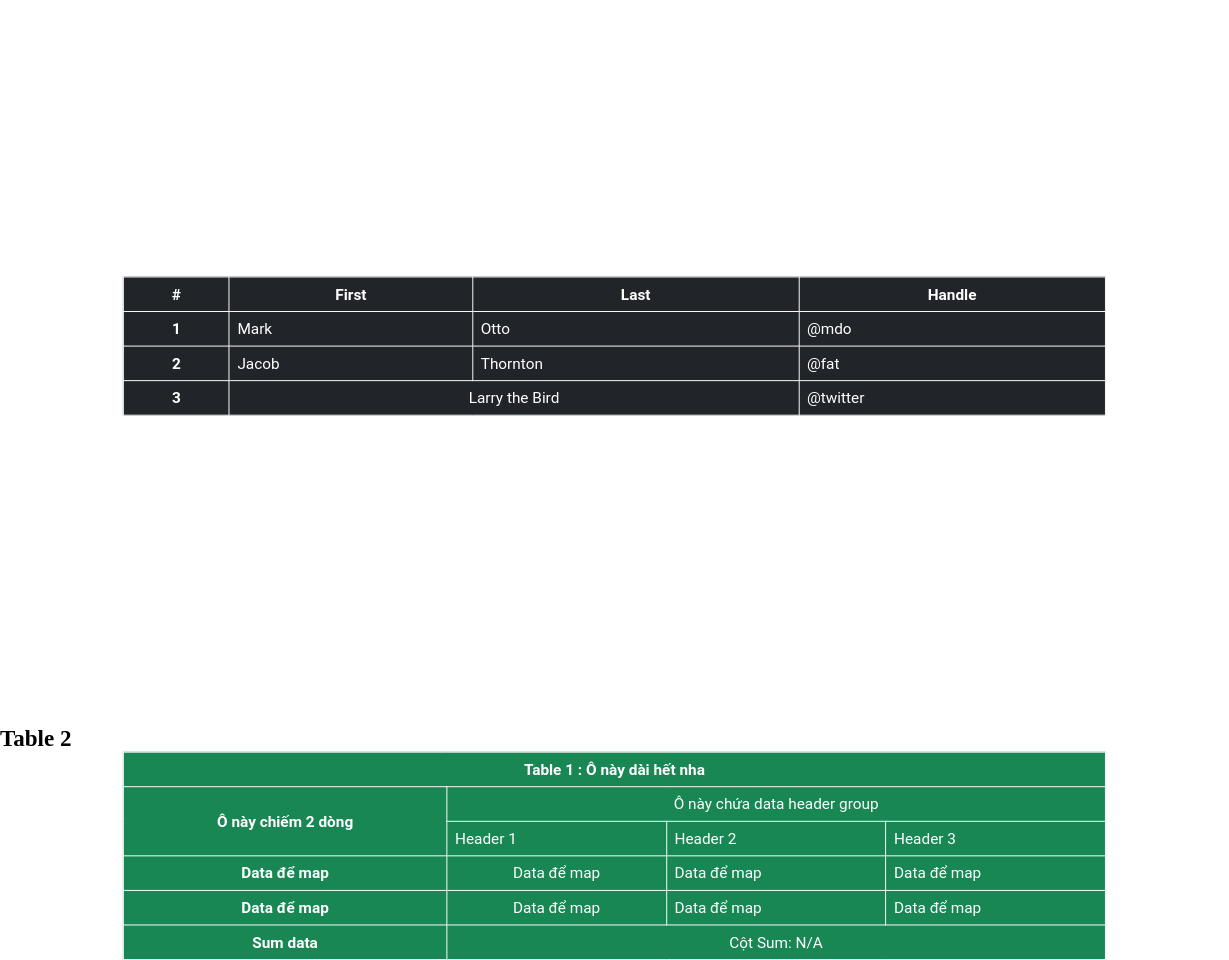
Repository: ThuatDev/BTVN_FE_JUNE
Page: index.html
These files come from the project's save history. The page is drawn as it stood at one moment and after the next save; the edit follows.
The browser window is 1280 px wide. The pictures show the whole page, at 96% of full size.

Above is the page before, as saved 2023-08-02 15:32:41.

### index.html
<!DOCTYPE html>
<html lang="en">
  <head>
    <meta charset="UTF-8" />
    <meta name="viewport" content="width=device-width, initial-scale=1.0" />
    <!-- <link
      href="https://cdn.jsdelivr.net/npm/bootstrap@5.0.2/dist/css/bootstrap.min.css"
      rel="stylesheet"
    /> -->
    <title>Document</title>
    <style>
      /* Reset CSS cho tất cả các phần tử */
      * {
        margin: 0;
        padding: 0;
        box-sizing: border-box;
      }

      /* Đặt màu nền và màu chữ cho bảng */
      .bg-dark {
        background-color: #212529;
      }
      .text-white {
        color: #fff;
      }

      /* Đặt font và kích thước chữ cho bảng */
      .table {
        font-family: "Roboto", sans-serif;
        font-size: 16px;
        font-weight: normal;
      }

      /* Áp dụng font-weight "bold" cho các thẻ <th> */
      .table th {
        font-weight: bold;
      }

      /* Đặt border cho bảng */
      .table {
        border-collapse: collapse;
      }

      /* Đặt border và padding cho thẻ <th> và <td> */
      .table th,
      .table td {
        border: 1px solid #fff;
        padding: 8px;
      }

      /* Đặt padding cho thẻ <th> trong thead */
      .table thead th {
        padding: 8px;
      }

      /* Bao bọc bảng trong một container để sử dụng flexbox */
      .table-container {
        display: flex;
        justify-content: center; /* Căn giữa bảng trong màn hình */
      }

      /* Áp dụng chiều rộng 80% cho bảng */
      .table {
        width: 80%;
        margin: 0 auto;
      }
      /* css bang 2  */

      .bg-success {
        background-color: #198754;
      }
      .text-white {
        color: #fff;
      }

      /* Đặt font và kích thước chữ cho bảng */
      .table {
        font-family: "Roboto", sans-serif;
        font-size: 16px;
        font-weight: normal;
      }

      /* Áp dụng font-weight "bold" cho các thẻ <th> */
      .table th {
        font-weight: bold;
      }

      /* Đặt border cho bảng */
      .table {
        border-collapse: collapse;
      }

      /* Đặt border và padding cho thẻ <th> và <td> */
      .table th,
      .table td {
        border: 1px solid #fff;
        padding: 8px;
      }

      /* Đặt padding cho thẻ <th> có rowspan và colspan */
      .table th[colspan],
      .table th[rowspan],
      .table td[colspan],
      .table td[rowspan] {
        padding: 8px;
        text-align: center; /* Căn giữa văn bản trong ô có colspan */
      }

      /* Đặt padding cho thẻ <td> có colspan */
      .table td[colspan] {
        padding: 8px;
        text-align: center; /* Căn giữa văn bản trong ô có colspan */
      }

      /* Đặt padding cho thẻ <th> trong thead */
      .table thead th {
        padding: 8px;
        text-align: center; /* Căn giữa văn bản trong ô có colspan */
      }

      /* Bao bọc bảng trong một container để sử dụng flexbox */
      .table-container {
        display: flex;
        justify-content: center; /* Căn giữa bảng theo chiều ngang */
        align-items: center; /* Căn giữa bảng theo chiều dọc */
        height: 100vh; /* Chiều cao bằng 100% chiều cao của màn hình */
      }

      /* Áp dụng chiều rộng 80% cho bảng */
      .table {
        width: 80%;
      }
    </style>
  </head>
  <body>
    <div class="table-container">
      <table class="table text-white table-bordered bg-dark">
        <thead>
          <tr>
            <th scope="col">#</th>
            <th scope="col">First</th>
            <th scope="col">Last</th>
            <th scope="col">Handle</th>
          </tr>
        </thead>
        <tbody>
          <tr>
            <th scope="row">1</th>
            <td>Mark</td>
            <td>Otto</td>
            <td>@mdo</td>
          </tr>
          <tr>
            <th scope="row">2</th>
            <td>Jacob</td>
            <td>Thornton</td>
            <td>@fat</td>
          </tr>
          <tr>
            <th scope="row">3</th>
            <td colspan="2">Larry the Bird</td>
            <td>@twitter</td>
          </tr>
        </tbody>
      </table>
    </div>
    <br />
    <br />
    <h2>Table 2</h2>
    <table class="table text-white table-bordered bg-success">
      <thead>
        <tr>
          <th scope="col" colspan="12" class="text-center">
            Table 1 : Ô này dài hết nha
          </th>
        </tr>
      </thead>
      <tbody>
        <tr>
          <th scope="row" rowspan="2">Ô này chiếm 2 dòng</th>
          <td colspan="3" class="text-center">Ô này chứa data header group</td>
        </tr>
        <tr>
          <td>Header 1</td>
          <td>Header 2</td>
          <td>Header 3</td>
        </tr>
        <tr>
          <th scope="row">Data để map</th>
          <td colspan="1">Data để map</td>
          <td>Data để map</td>
          <td>Data để map</td>
        </tr>
        <tr>
          <th scope="row">Data để map</th>
          <td colspan="1">Data để map</td>
          <td>Data để map</td>
          <td>Data để map</td>
        </tr>
        <tr>
          <th scope="row">Sum data</th>
          <td colspan="12" class="text-center">Cột Sum: N/A</td>
        </tr>
      </tbody>
    </table>
  </body>
</html>

After the next save:
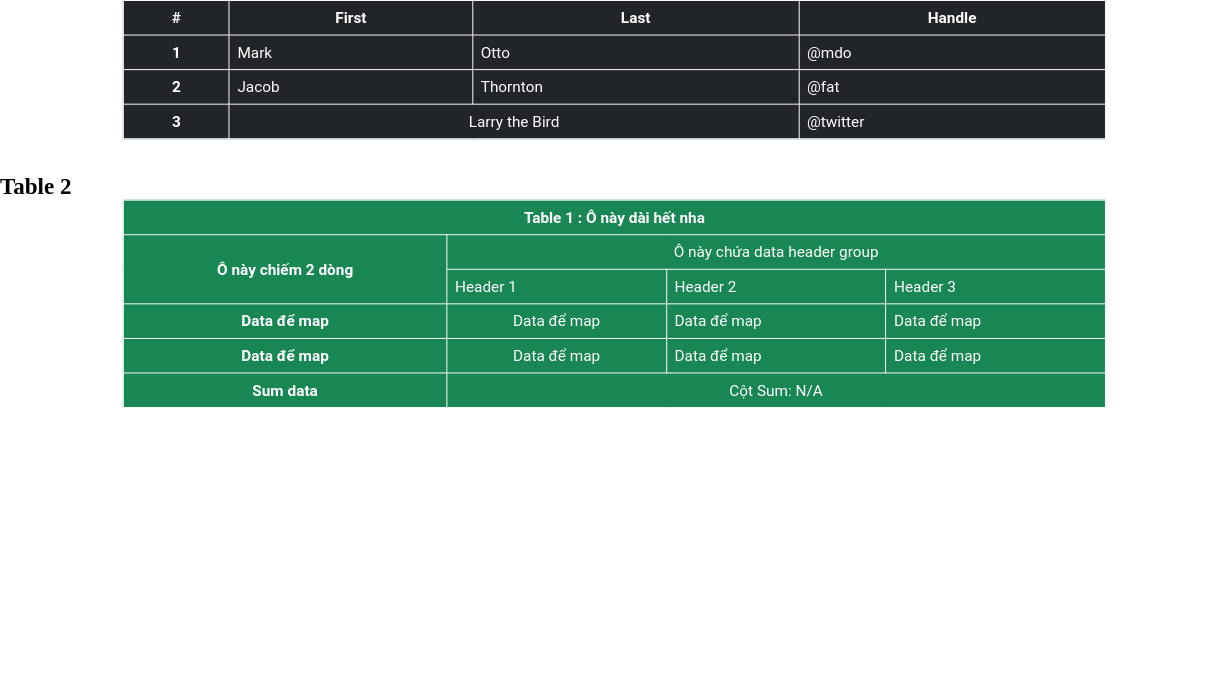
Saved 46 s later.
--- a/index.html
+++ b/index.html
@@ -123,7 +123,6 @@
         display: flex;
         justify-content: center; /* Căn giữa bảng theo chiều ngang */
         align-items: center; /* Căn giữa bảng theo chiều dọc */
-        height: 100vh; /* Chiều cao bằng 100% chiều cao của màn hình */
       }
 
       /* Áp dụng chiều rộng 80% cho bảng */
